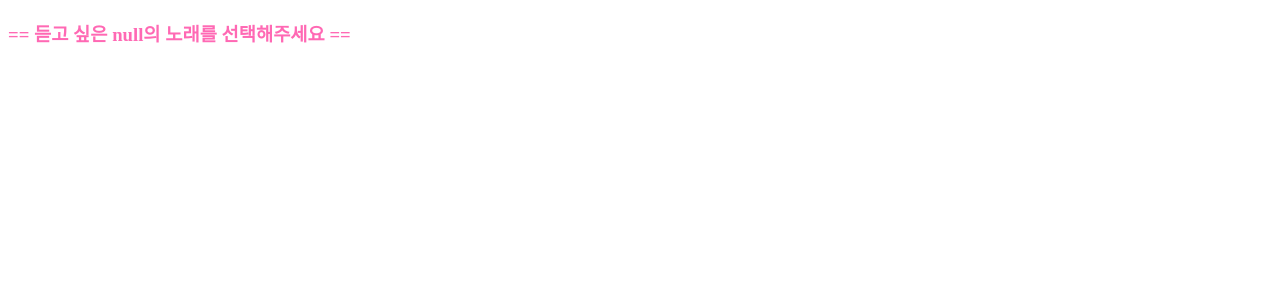
Repository: minnily/05_Server
Page: http://localhost/MK_ServletProject/singer
The author's editor kept a copy of each file at every save. The page is drawn from the files as they stood at one save, then again after the next save.
The browser window is 1280 px wide. The pictures show the whole page.
The page is served by Tomcat 10.

Above is the page before, as saved 2024-03-21 09:54:32.

After the next save:
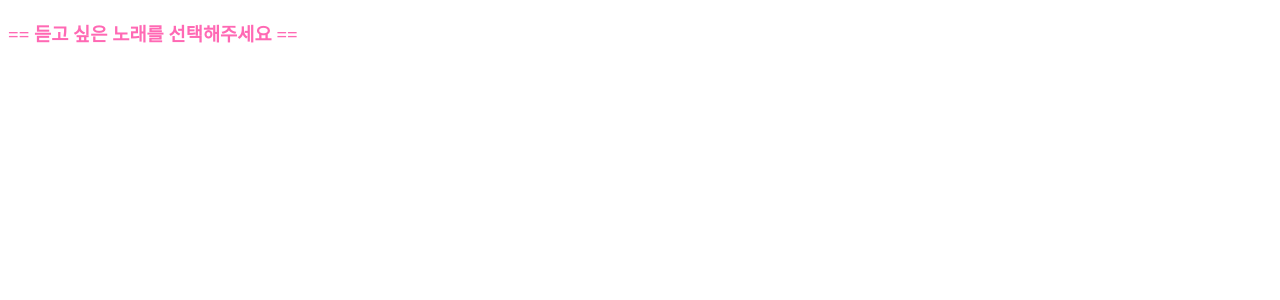
Saved 75 s later.
--- a/MK_ServletProject/src/main/webapp/WEB-INF/views/playList_Result.jsp
+++ b/MK_ServletProject/src/main/webapp/WEB-INF/views/playList_Result.jsp
@@ -20,7 +20,7 @@
 
 
 
-	<h3 style="color : hotpink"> == 듣고 싶은 <%= request.getParameter("singerList") %>의 노래를 선택해주세요 == </h3>
+	<h3 style="color : hotpink"> == 듣고 싶은 노래를 선택해주세요 == </h3>
 
 
 

After the save that followed:
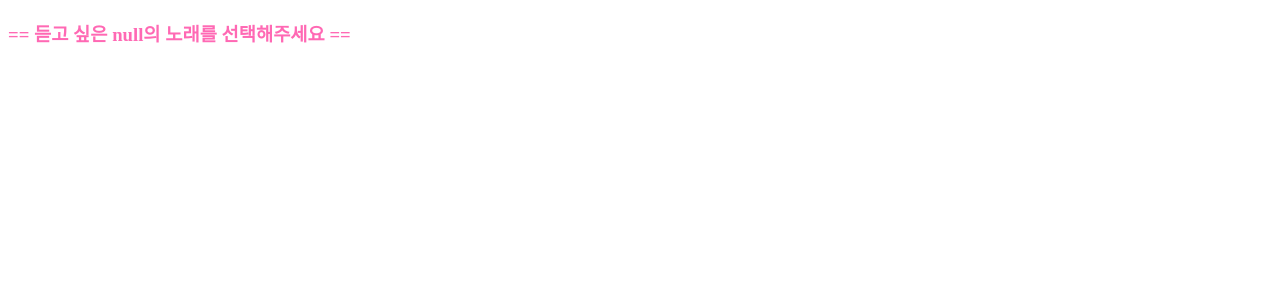
Saved 2 min 18 s later.
--- a/MK_ServletProject/src/main/webapp/WEB-INF/views/playList_Result.jsp
+++ b/MK_ServletProject/src/main/webapp/WEB-INF/views/playList_Result.jsp
@@ -4,7 +4,7 @@
 <html>
 <head>
 <meta charset="UTF-8">
-<title>곡 선택</title>
+<title><%= request.getParameter("singerList") %>의 곡 선택</title>
 </head>
 <body>
 
@@ -20,7 +20,7 @@
 
 
 
-	<h3 style="color : hotpink"> == 듣고 싶은 노래를 선택해주세요 == </h3>
+	<h3 style="color : hotpink"> == 듣고 싶은 <%= request.getParameter("singerList") %>의 노래를 선택해주세요 == </h3>
 
 
 
